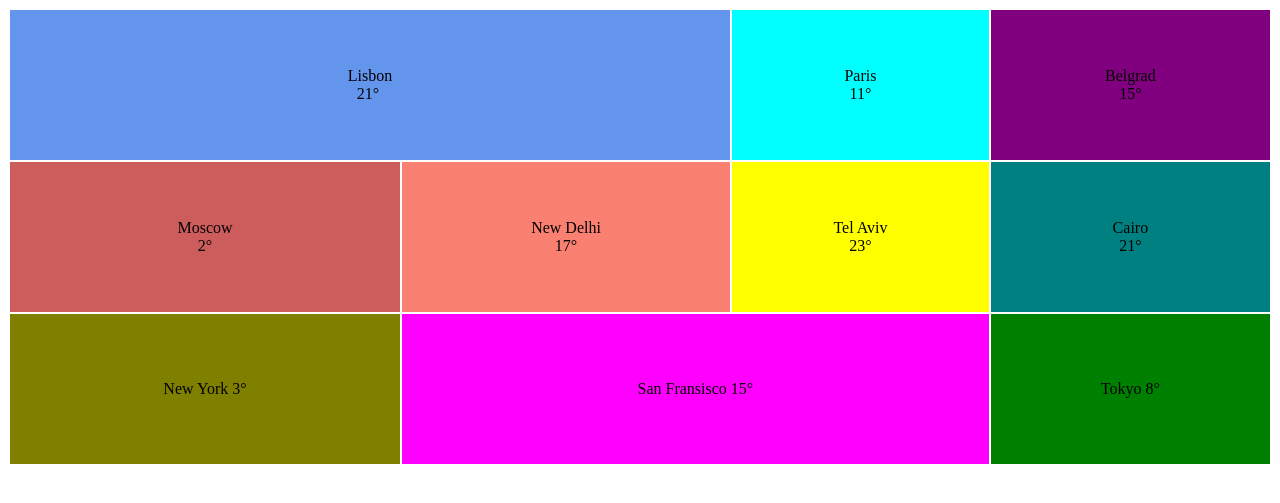
Repository: aysedo/html
Page: Week_2/index.html
The author's editor kept a copy of each file at every save. The page is drawn from the files as they stood at one save, then again after the next save.
The browser window is 1280 px wide. The pictures show the whole page.

Above is the page before, as saved 2021-08-24 15:02:20.

### Week_2/index.html
<!DOCTYPE html>
<html lang="en">
  <head>
    <meta charset="UTF-8" />
    <meta http-equiv="X-UA-Compatible" content="IE=edge" />
    <meta name="viewport" content="width=device-width, initial-scale=1.0" />
    <title>Document</title>
  </head>
  <body>
    <table width="100%">
      <tr height="150">
        <td colspan="2" bgcolor="cornflowerblue" align="center">Lisbon <br />21° <img scr="img.png">
        </td>
        <td bgcolor="Aqua" align="center">Paris <br /> 11°</td>
        <td bgcolor="Purple" align="center">Belgrad <br /> 15°</td>
      </tr>
      <tr height="150">
        <td bgcolor="Indianred" align="center" >Moscow <br /> 2°</td>
        <td bgcolor="Salmon" align="center" >New Delhi <br /> 17°</td>
        <td bgcolor="Yellow" align="center" >Tel Aviv <br /> 23°</td>
        <td bgcolor="Teal" align="center" >Cairo <br /> 21°</td>
      </tr>
      <tr height="150">
        <td bgcolor="Olive" align="center">New York 3°</td>
        <td colspan="2" bgcolor="Fuchsia" align="center" >San Fransisco 15°</td>
        <td bgcolor="Green" align="center" >Tokyo 8°</td>
      </tr>
    </table>
  </body>
</html>

After the next save:
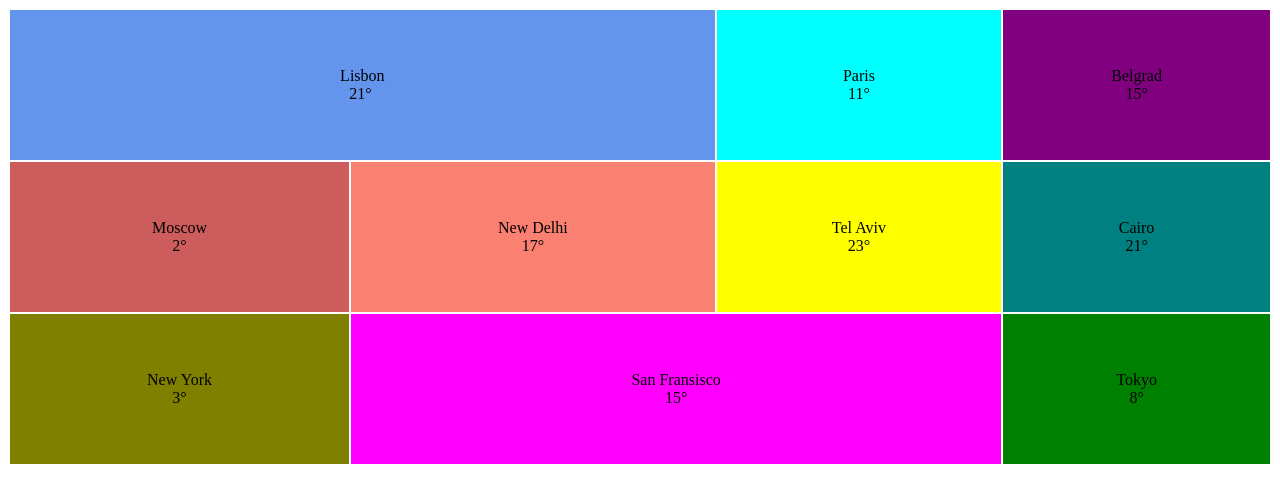
Saved 47 s later.
--- a/Week_2/index.html
+++ b/Week_2/index.html
@@ -21,9 +21,9 @@
         <td bgcolor="Teal" align="center" >Cairo <br /> 21°</td>
       </tr>
       <tr height="150">
-        <td bgcolor="Olive" align="center">New York 3°</td>
-        <td colspan="2" bgcolor="Fuchsia" align="center" >San Fransisco 15°</td>
-        <td bgcolor="Green" align="center" >Tokyo 8°</td>
+        <td bgcolor="Olive" align="center">New York <br /> 3°</td>
+        <td colspan="2" bgcolor="Fuchsia" align="center" >San Fransisco<br /> 15°</td>
+        <td bgcolor="Green" align="center" >Tokyo <br /> 8°</td>
       </tr>
     </table>
   </body>
